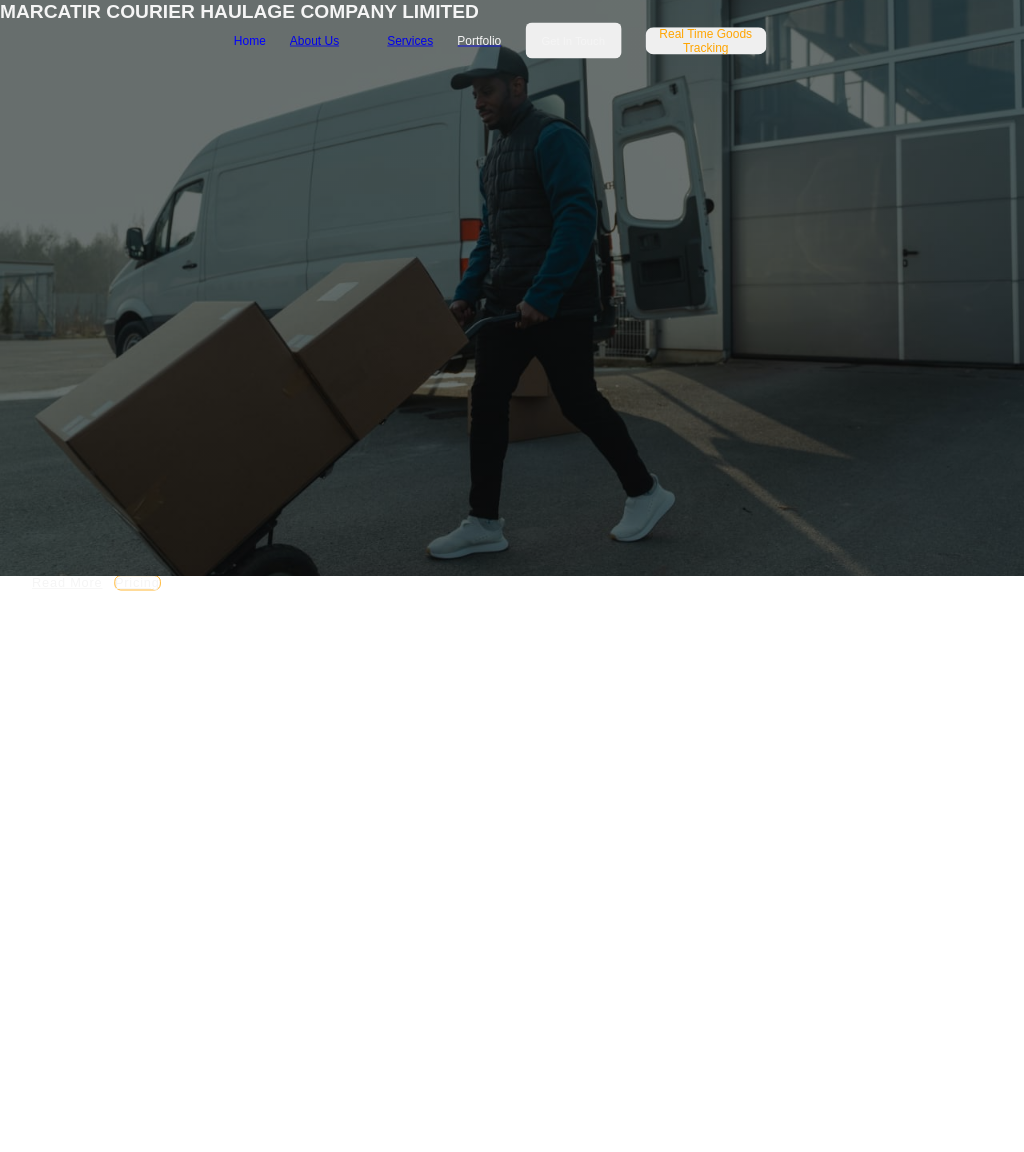
Repository: YagahAi/MARCATIR
Page: INDEX.HTML
These files come from the project's save history. The page is drawn as it stood at one moment and after a run of saves; the edit follows.
The browser window is 1280 px wide. The pictures show the whole page, at 80% of full size.

Above is the page before, as saved 2023-09-15 02:26:49.

After the next 2 saves:
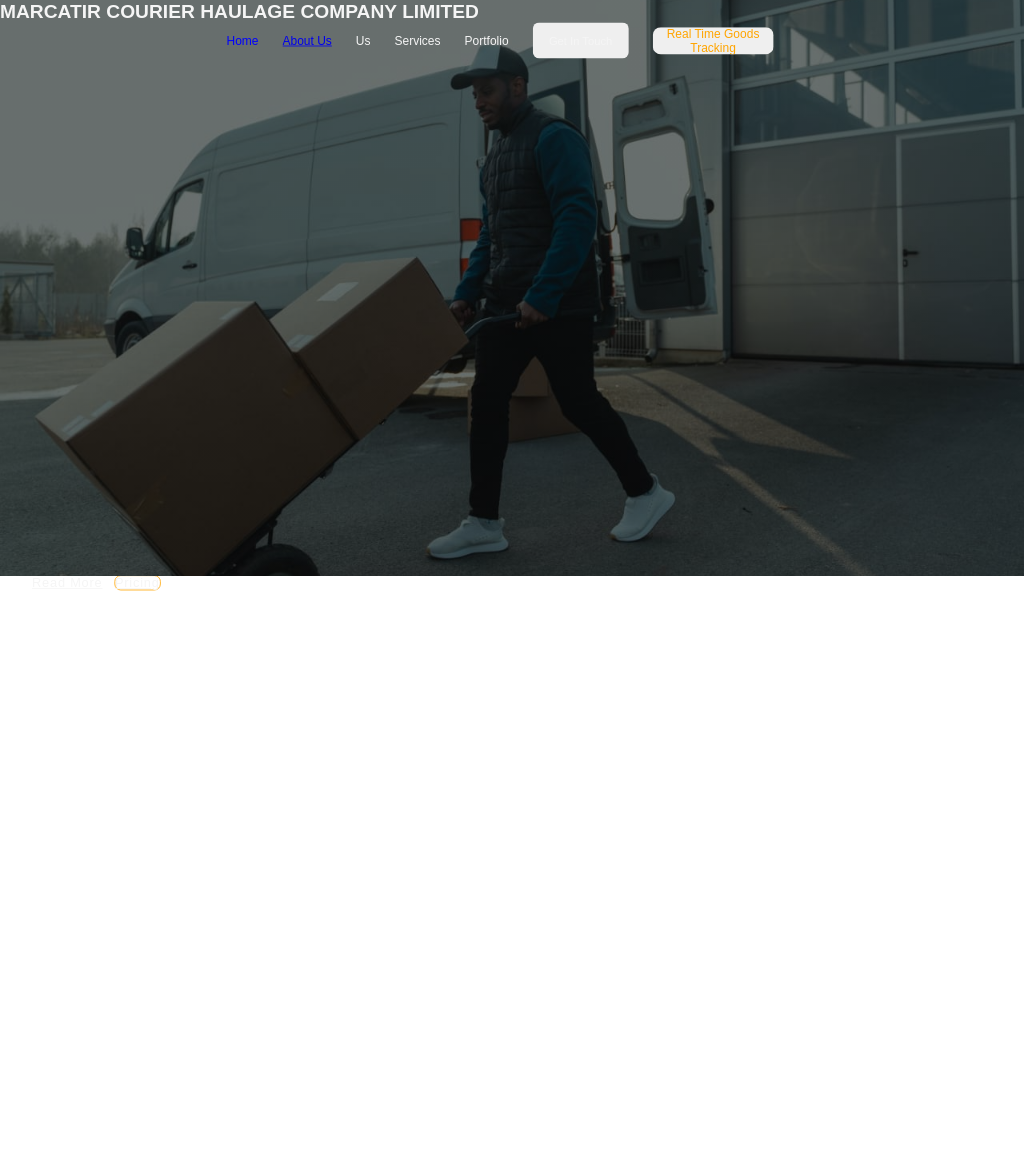
The 2 saves are shown as one change because they came seconds apart.
The last was saved 11 s later.
--- a/INDEX.HTML
+++ b/INDEX.HTML
@@ -13,7 +13,7 @@
             <ul>
                 <li class="active">Home</li>
                 <li><a href="/aboutus.html">About Us</a> </li>
-                <li><a href="/contactus.html" Us</li>
+                <li><a href="/contactus.html"></a>Us</li>
                 <li>Services</li>
                 <li>Portfolio</li>
                 <li><a href="/form.html" target="_blank"><button class="btn">Get In Touch</button></a></li>
